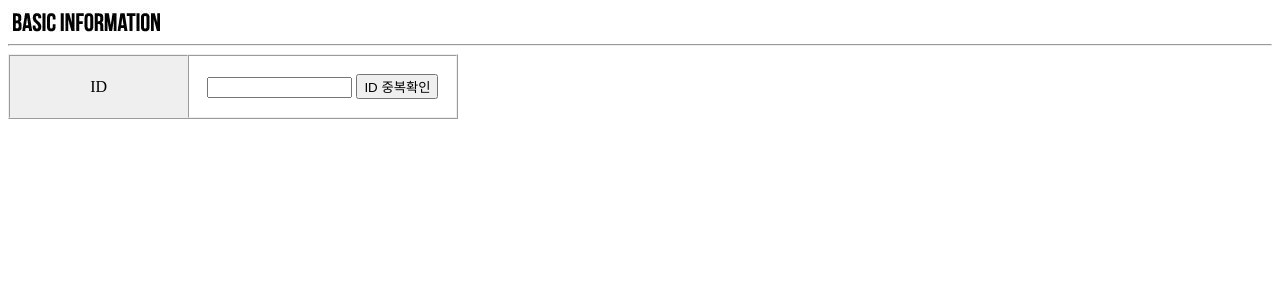
Repository: kminjoo/Making-website-using-JSP
Page: http://localhost/website_project/Register.jsp
The author's editor kept a copy of each file at every save. The page is drawn from the files as they stood at one save, then again after the next save.
The browser window is 1280 px wide. The pictures show the whole page.
The page is served by Tomcat 9. Other server files are loaded and not shown.

Above is the page before, as saved 2015-07-21 13:51:17.

### website_project/WebContent/Register.jsp
<%@ page language="java" contentType="text/html; charset=EUC-KR"
    pageEncoding="EUC-KR"%>
<!DOCTYPE html PUBLIC "-//W3C//DTD HTML 4.01 Transitional//EN" "http://www.w3.org/TR/html4/loose.dtd">
<html>
<head>
<meta http-equiv="Content-Type" content="text/html; charset=EUC-KR">
<title>Welcome to Minjoo's Website!</title>
<link href="style.css" rel="stylesheet" type="text/css">

<script language="JavaScript" src="script.js"></script>
</head>
<body>
<div><img src="<%=request.getContextPath() %>/images/basicInfo.JPG"/></div>
<hr>
<table border="1" cellpadding="18" cellspacing="1">
<form name="regForm" method="post" action="RegisterProc.jsp">
	<tr>
		<td width="40%" align="center" bgcolor="#EFEFEF">ID</td>
		<td width="60%"><input type="text" name="mem_id" size="15">
		<input type="button" value="ID 중복확인" onClick="idCheck(this.form.mem_id.value)"></td>
	</tr>
</table>
</form>

</body>
</html>

### website_project/WebContent/style.css
@CHARSET "EUC-KR";

hr {
    display: block;
    margin-top: 0.5em;
    margin-bottom: 0.5em;
    margin-left: auto;
    margin-right: auto;
    border-style: inset;
    border-width: 1px;
}

table {
    display: table;
    border-collapse: collpase;
    border-spacing: 0px;
    border-color: #EFEFEF;
}

### website_project/WebContent/script.js
/**
 *
 */


function loginCheck(){
	if(document.login.mem_id.value==""){
		alert("Enter your ID.");
		document.login.mem_id.focus();
		return;
	}
	if(document.login.mem_passwd.value==""){
		alert("Enter your password.");
		document.login.mem_passwd.focus();
		return;
	}
	document.login.submit();

}

function memberReg(){
	location.href ="Register.jsp";
}
function idCheck(id){
	if(id == ""){
	alert("Enter your ID.");
	document.regForm.mem_id.focus();
	}else{
		url="IdCheck.jsp?mem_id=" + id;
		window.open(url,"post","width=300,height=150");
	}
}

function inputCheck(){
	if(document.regForm.mem_id.value==""){
		alert("Enter your ID.");
		document.regForm.mem_id.focus();
		return;
	}
	if(document.regForm.mem_password.value==""){
		alert("Enter your Password.");
		document.regForm.mem_password.focus();
		return;
	}
	if(document.regForm.mem_repasswd.value==""){
		alert("Enter your Password.");
		document.regForm.mem_repasswd.focus();
		return;
	}

	if(document.regForm.mem_password.value != document.regForm.mem_repasswd.value){
		alert("Passwords do not match.");
		document.regForm.mem_passwd.focus();
		return;
	}

	if(document.regForm.mem_firstname.value==""){
		alert("Enter your first name.");
		document.regForm.mem_firstname.focus();
		return;
	}
	if(document.regForm.mem_lastname.value==""){
		alert("Enter your last name.");
		document.regForm.mem_lastname.focus();
		return;
	}
	if(document.regForm.mem_email.value==""){
		alert("Enter your email address.");
		document.regForm.mem_email.focus();
		return;
	}
	if(document.regForm.mem_phone1.value==""){
		alert("Enter your phone number.");
		document.regForm.mem_phone1.focus();
		return;
	}
	if(document.regForm.mem_phone2.value==""){
		alert("Enter your phone number.");
		document.regForm.mem_phone2.focus();
		return;
	}
	if(document.regForm.mem_phone3.value==""){
		alert("Enter your phone number.");
		document.regForm.mem_phone3.focus();
		return;
	}

	var str = document.regForm.mem_email.value;
	var atPos = str.indexOf('@');
	var atLastPos = str.lastIndexOf('@');
	var dotPos = str.indexOf('.');
	var spacePos = str.indexOf(' ');
	var commaPos = str.indexOf(',');
	var emailSize = str.length;

	if(atPos>1 && atPos == atLastPos && dotPos > 3 && spacePos == -1 &&
			commaPos == -1 && atPos + 1 < dotPos && dotPos + 1 < emailSize );
	else{
		alert("This e-mail address is incorrectly formatted. \n\r Please try again.");
		document.regForm.mem_email.focus();
		return;
	}

	document.regForm.submit();
}

function inputCheck2(){
	if(document.regForm.mem_id.value==""){
		alert("Enter your ID.");
		document.regForm.mem_id.focus();
		return;
	}
	if(document.regForm.mem_password.value==""){
		alert("Enter your Password.");
		document.regForm.mem_password.focus();
		return;
	}

	if(document.regForm.mem_firstname.value==""){
		alert("Enter your first name.");
		document.regForm.mem_firstname.focus();
		return;
	}
	if(document.regForm.mem_lastname.value==""){
		alert("Enter your last name.");
		document.regForm.mem_lastname.focus();
		return;
	}
	if(document.regForm.mem_email.value==""){
		alert("Enter your email address.");
		document.regForm.mem_email.focus();
		return;
	}
	if(document.regForm.mem_phone1.value==""){
		alert("Enter your phone number.");
		document.regForm.mem_phone1.focus();
		return;
	}
	if(document.regForm.mem_phone2.value==""){
		alert("Enter your phone number.");
		document.regForm.mem_phone2.focus();
		return;
	}
	if(document.regForm.mem_phone3.value==""){
		alert("Enter your phone number.");
		document.regForm.mem_phone3.focus();
		return;
	}

	var str = document.regForm.mem_email.value;
	var atPos = str.indexOf('@');
	var atLastPos = str.lastIndexOf('@');
	var dotPos = str.indexOf('.');
	var spacePos = str.indexOf(' ');
	var commaPos = str.indexOf(',');
	var emailSize = str.length;

	if(atPos>1 && atPos == atLastPos && dotPos > 3 && spacePos == -1 &&
			commaPos == -1 && atPos + 1 < dotPos && dotPos + 1 < emailSize );
	else{
		alert("This e-mail address is incorrectly formatted. \n\r Please try again.");
		document.regForm.mem_email.focus();
		return;
	}

	document.regForm.submit();
}

function win_close()
{
	self.close();
}

function searchInputCheck(sform){
	if(sform.search.value==""){
	alert("Enter what you want to search");
	sform.search.focus();
	return false;
}
	sform.submit();
}

After the next save:
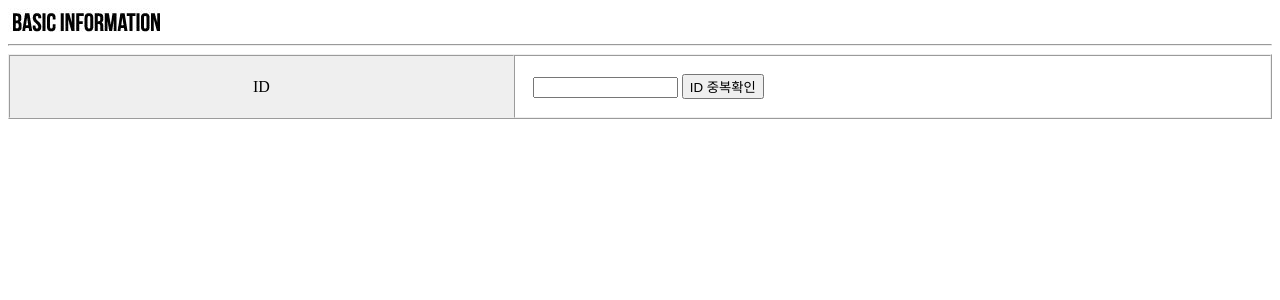
Saved 6 min 44 s later.
--- a/website_project/WebContent/Register.jsp
+++ b/website_project/WebContent/Register.jsp
@@ -12,7 +12,7 @@
 <body>
 <div><img src="<%=request.getContextPath() %>/images/basicInfo.JPG"/></div>
 <hr>
-<table border="1" cellpadding="18" cellspacing="1">
+<table border="1" cellpadding="18" cellspacing="1" width="100%">
 <form name="regForm" method="post" action="RegisterProc.jsp">
 	<tr>
 		<td width="40%" align="center" bgcolor="#EFEFEF">ID</td>
